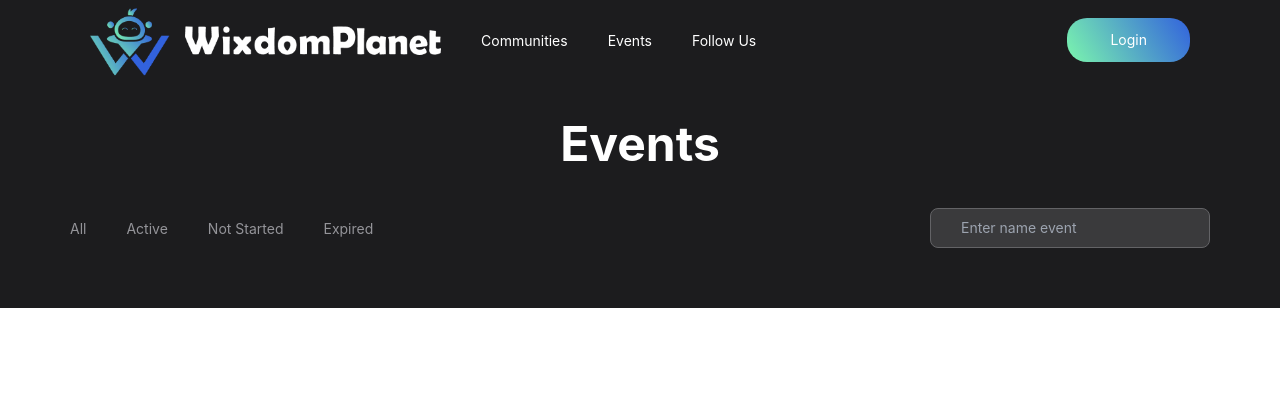
Repository: haudnn/WixdomPlanet-demo
Page: /
The author's editor kept a copy of each file at every save. The page is drawn from the files as they stood at one save, then again after the next save.
The browser window is 1280 px wide. The pictures show the whole page.
The project was rebuilt for these pictures with package versions that can differ from the ones it lists, and the page was loaded fresh each time. Also part of the build but not shown: vite.config.js.

Above is the page before, as saved 2023-02-03 10:37:16.

After the next save:
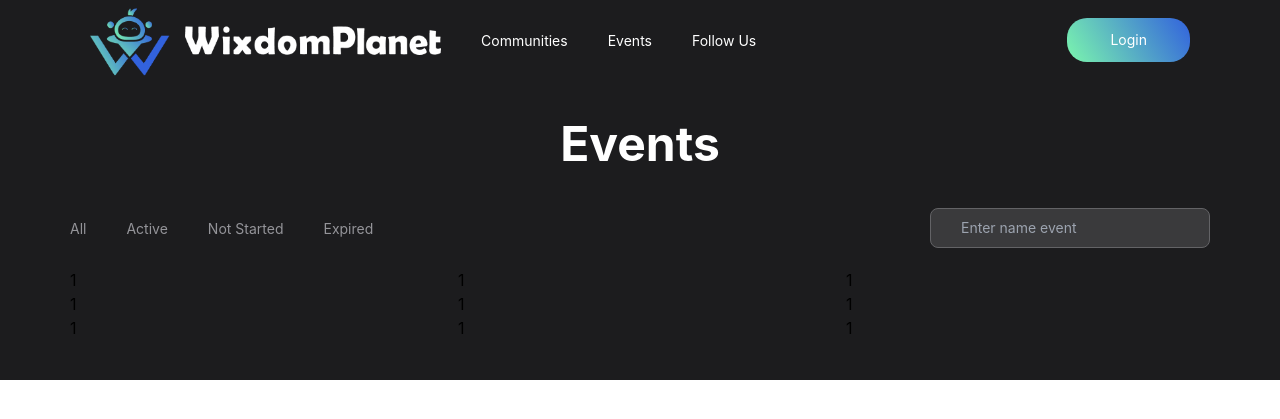
Saved 12 s later.
--- a/src/features/Event/page/Event.jsx
+++ b/src/features/Event/page/Event.jsx
@@ -6,22 +6,33 @@
         <div className="grid">
             <div className="row">
             <div className="col l-4">
+            1
+            </div>
 
+            <div className="col l-4">
+            1
             </div>
             <div className="col l-4">
-
+            1
             </div>
             <div className="col l-4">
+            1
+            </div>
 
+            <div className="col l-4">
+            1
             </div>
             <div className="col l-4">
-
+            1
             </div>
             <div className="col l-4">
-
+            1
             </div>
             <div className="col l-4">
-
+            1
+            </div>
+            <div className="col l-4">
+            1
             </div>
 
             </div>

After the save that followed:
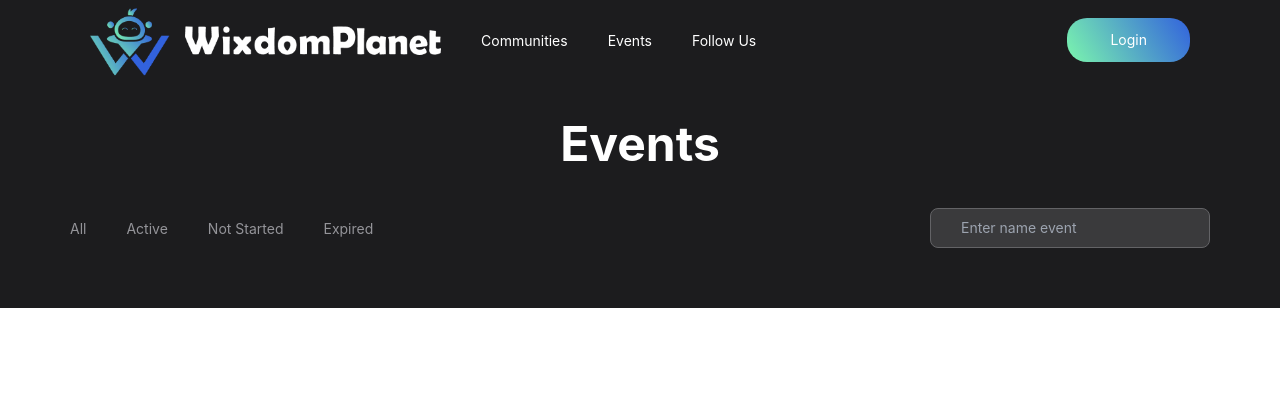
Saved 8 s later.
--- a/src/features/Event/page/Event.jsx
+++ b/src/features/Event/page/Event.jsx
@@ -5,36 +5,7 @@
     <div className="event">
         <div className="grid">
             <div className="row">
-            <div className="col l-4">
-            1
-            </div>
-
-            <div className="col l-4">
-            1
-            </div>
-            <div className="col l-4">
-            1
-            </div>
-            <div className="col l-4">
-            1
-            </div>
-
-            <div className="col l-4">
-            1
-            </div>
-            <div className="col l-4">
-            1
-            </div>
-            <div className="col l-4">
-            1
-            </div>
-            <div className="col l-4">
-            1
-            </div>
-            <div className="col l-4">
-            1
-            </div>
-
+               <EventItem></EventItem>
             </div>
         </div>
     </div>
